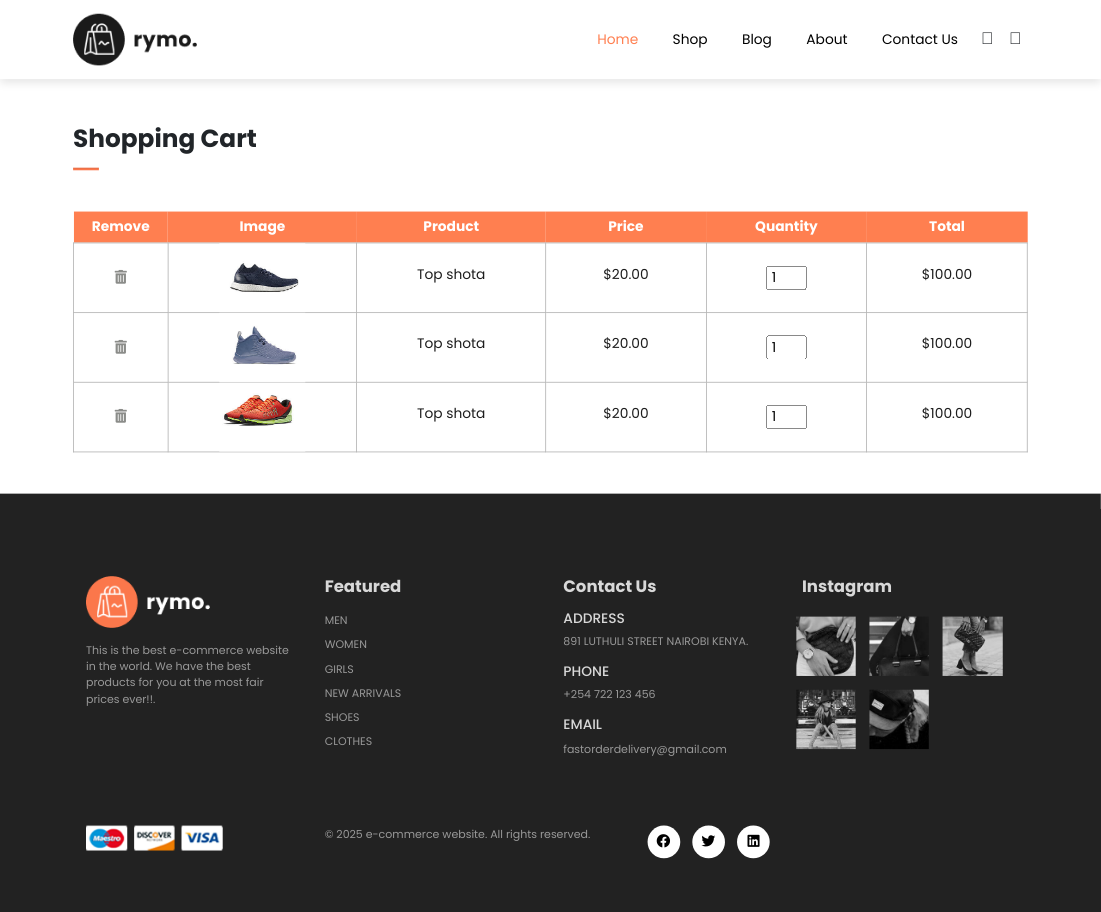
Repository: peter417waweru/e-commerce-UI
Page: cart.html
An editor plug-in stored every save of this project. The page is shown before and after the next save, followed by the edit.
The browser window is 1280 px wide. The pictures show the whole page, at 86% of full size.
Some web libraries are served in a nearby version.

Above is the page before, as saved 2025-02-09 08:58:34.
Console error: TypeError: Cannot set properties of undefined (setting 'onclick')

After the next save:
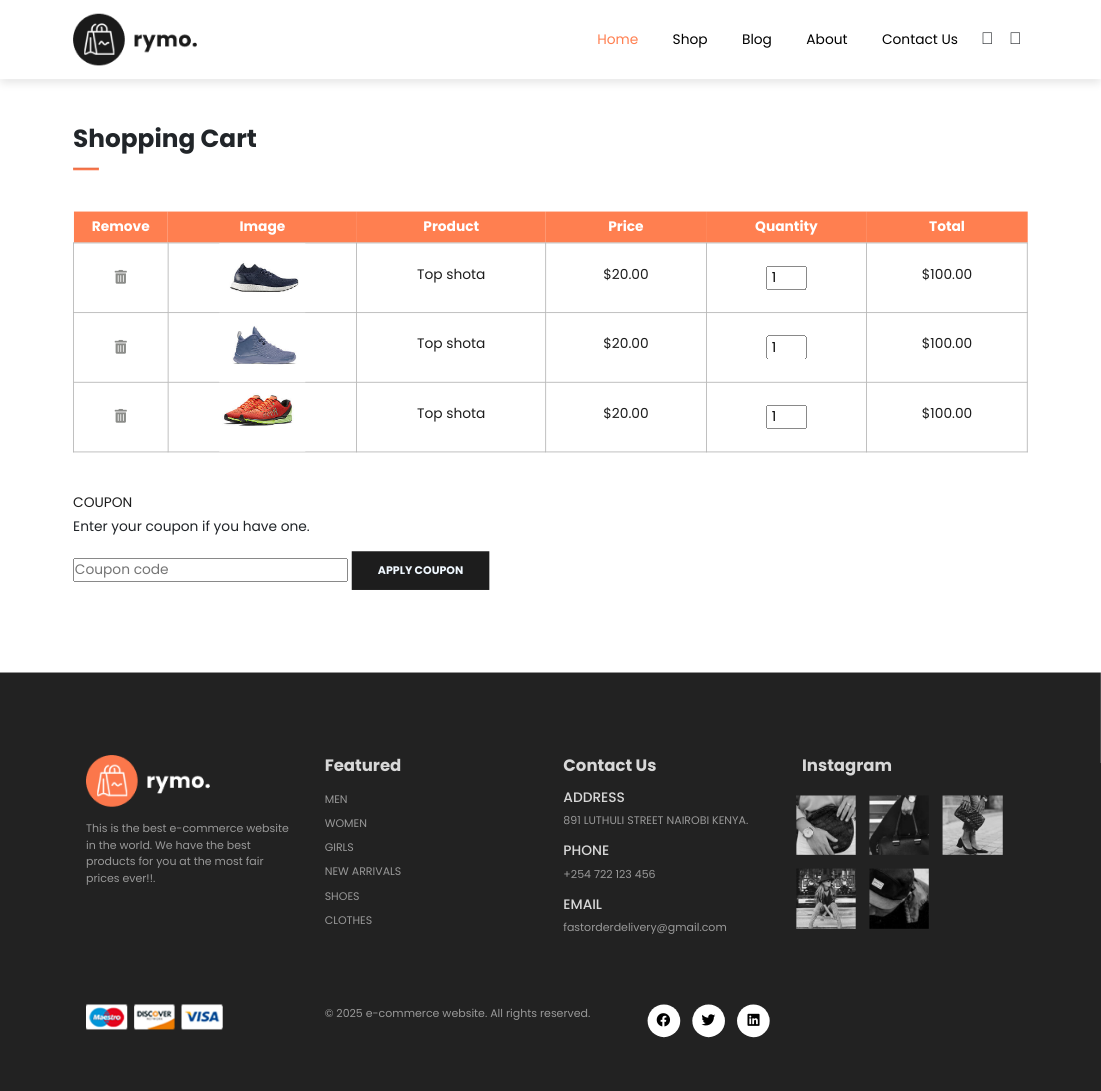
Saved 5 min 47 s later.
--- a/cart.html
+++ b/cart.html
@@ -98,7 +98,19 @@
                     </tr>
                 </tbody>
             </table>
+        </section>
 
+        <section id="cart-bottom" class="container">
+            <div class="row">
+                <div class="coupon col-lg-6 col-md-6 col-12 mb-5">
+                    <div>
+                        <h5>COUPON</h5>
+                        <P>Enter your coupon if you have one.</P>
+                        <input type="text" placeholder="Coupon code">
+                        <button>APPLY COUPON</button>
+                    </div>
+                </div>
+            </div>
         </section>
 
         <footer class="mt-5 py-5">
